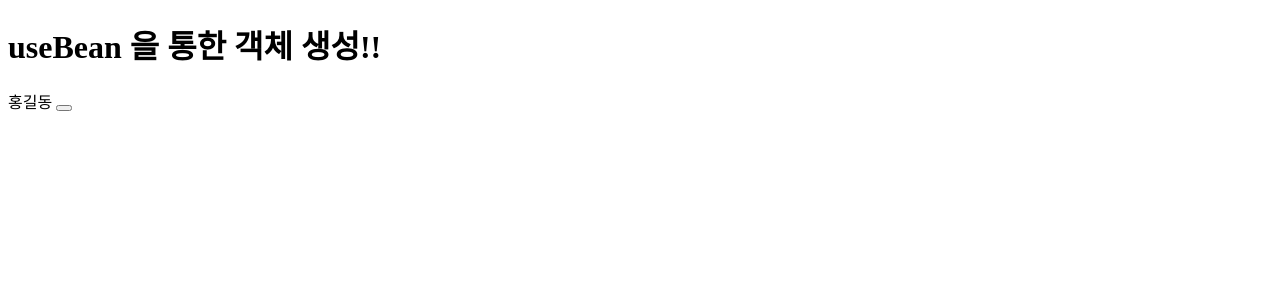
Repository: charamee/Web_kh
Page: http://localhost/Jsp07_EL_JSTL/usebean.jsp
The author's editor kept a copy of each file at every save. The page is drawn from the files as they stood at one save, then again after the next save.
The browser window is 1280 px wide. The pictures show the whole page.
The page is served by Tomcat 9.

Above is the page before, as saved 2021-02-25 00:38:01.

After the next save:
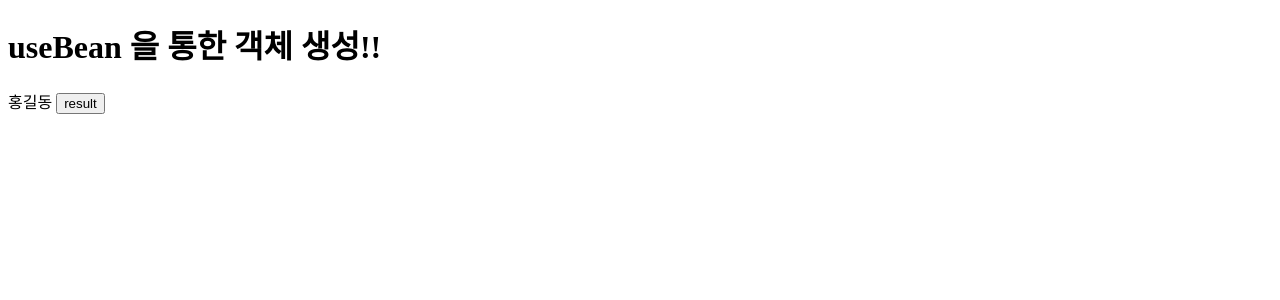
Saved 25 s later.
--- a/Workspace_WEB/Jsp07_EL_JSTL/WebContent/usebean.jsp
+++ b/Workspace_WEB/Jsp07_EL_JSTL/WebContent/usebean.jsp
@@ -19,7 +19,7 @@
 	<!-- sc.getName(); -->
 	<jsp:getProperty property="name" name="sc"/>
 
-	<button onclick="location.href='result.jsp'" value="result"></button>
+	<button onclick="location.href='result.jsp'" value="result">result</button>
 
 </body>
 </html>
